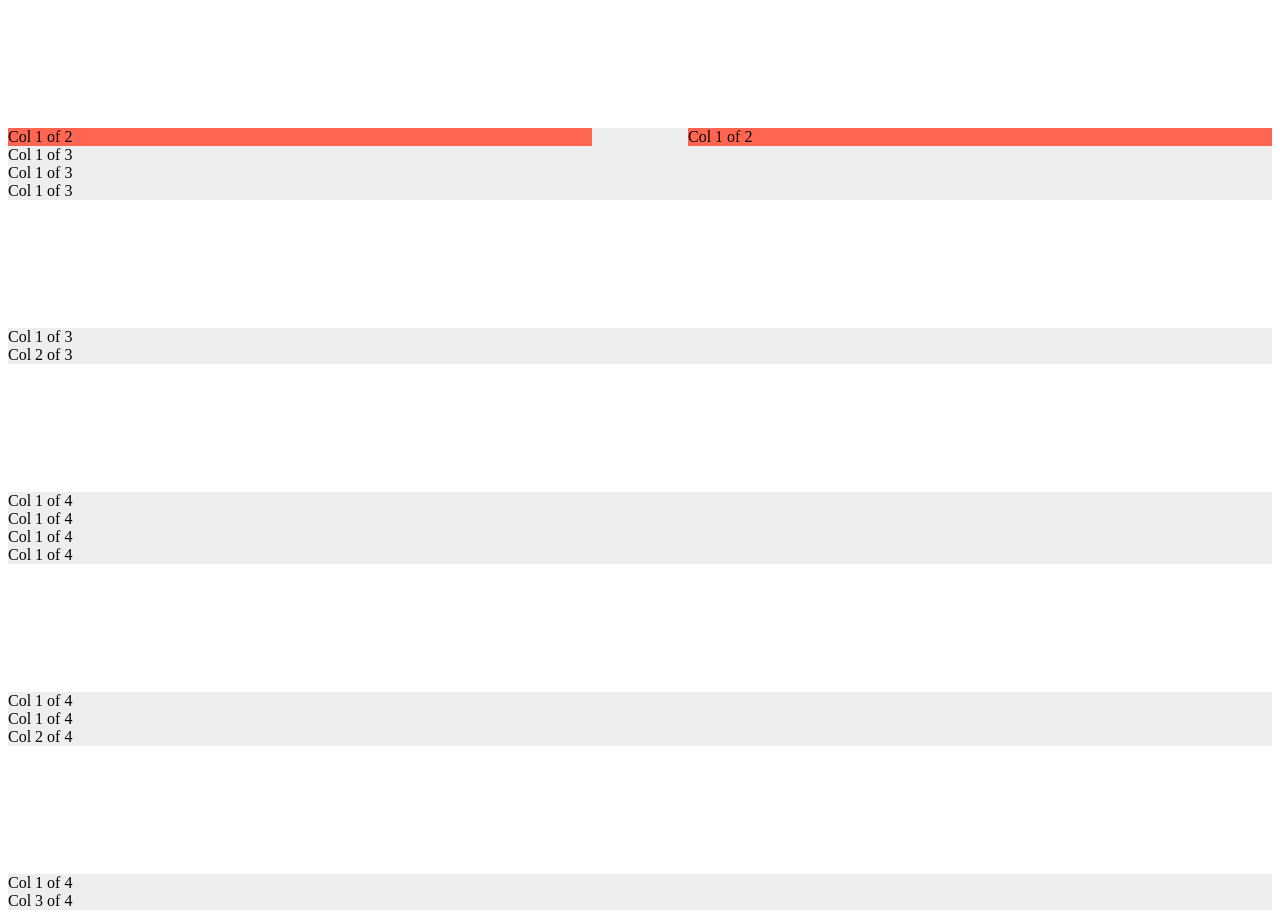
Repository: haokiet2501/grid-basic
Page: index.html
An editor plug-in stored every save of this project. The page is shown before and after a run of saves, followed by the edit.
The browser window is 1280 px wide. The pictures show the whole page.

Above is the page before, as saved 2022-08-11 18:43:53.

### index.html
<!DOCTYPE html>
<html lang="en">
<head>
    <meta charset="UTF-8">
    <meta http-equiv="X-UA-Compatible" content="IE=edge">
    <meta name="viewport" content="width=device-width, initial-scale=1.0">
    <link rel="stylesheet" href="styles.css">
    <title>GRID BASIC</title>
</head>
<body>
    <section class="grid-test">
        <div class="row">
            <div class="col-1-of-2">
                Col 1 of 2
            </div>
            <div class="col-1-of-2">
                Col 1 of 2
            </div>
        </div>

        <div class="row">
            <div class="col-1-of-3">
                Col 1 of 3
            </div>
            <div class="col-1-of-3">
                Col 1 of 3
            </div>
            <div class="col-1-of-3">
                Col 1 of 3
            </div>
        </div>

        <div class="row">
            <div class="col-1-of-3">
                Col 1 of 3
            </div>
            <div class="col-2-of-3">
                Col 2 of 3
            </div>
        </div>

        <div class="row">
            <div class="col-1-of-4">
                Col 1 of 4
            </div>
            <div class="col-1-of-4">
                Col 1 of 4
            </div>
            <div class="col-1-of-4">
                Col 1 of 4
            </div>
            <div class="col-1-of-4">
                Col 1 of 4
            </div>
        </div>

        <div class="row">
            <div class="col-1-of-4">
                Col 1 of 4
            </div>
            <div class="col-1-of-4">
                Col 1 of 4
            </div>
            <div class="col-2-of-4">
                Col 2 of 4
            </div>
        </div>

        <div class="row">
            <div class="col-1-of-4">
                Col 1 of 4
            </div>
            <div class="col-3-of-4">
                Col 3 of 4
            </div>
        </div>

    </section>
</body>
</html>

### styles.css
:root {
    --grid-width: 114rem;
    --gutter-vertical: 8rem;
    --gutter-horizonal: 6rem
}

.row {
    max-width: var(--grid-width);
    background: #eee;
    margin: 0 auto;
}

.row::after {

}

.row:not(:last-child) {
    margin-bottom: var(--gutter-vertical);
}

.col-1-of-2 {
    width: calc((100% - var(--gutter-horizonal)) / 2);
    background-color: #FF6651;
    float: left;
}

.col-1-of-2:not(:last-child) {
    margin-right: var(--gutter-horizonal);
}

After the next 2 saves:
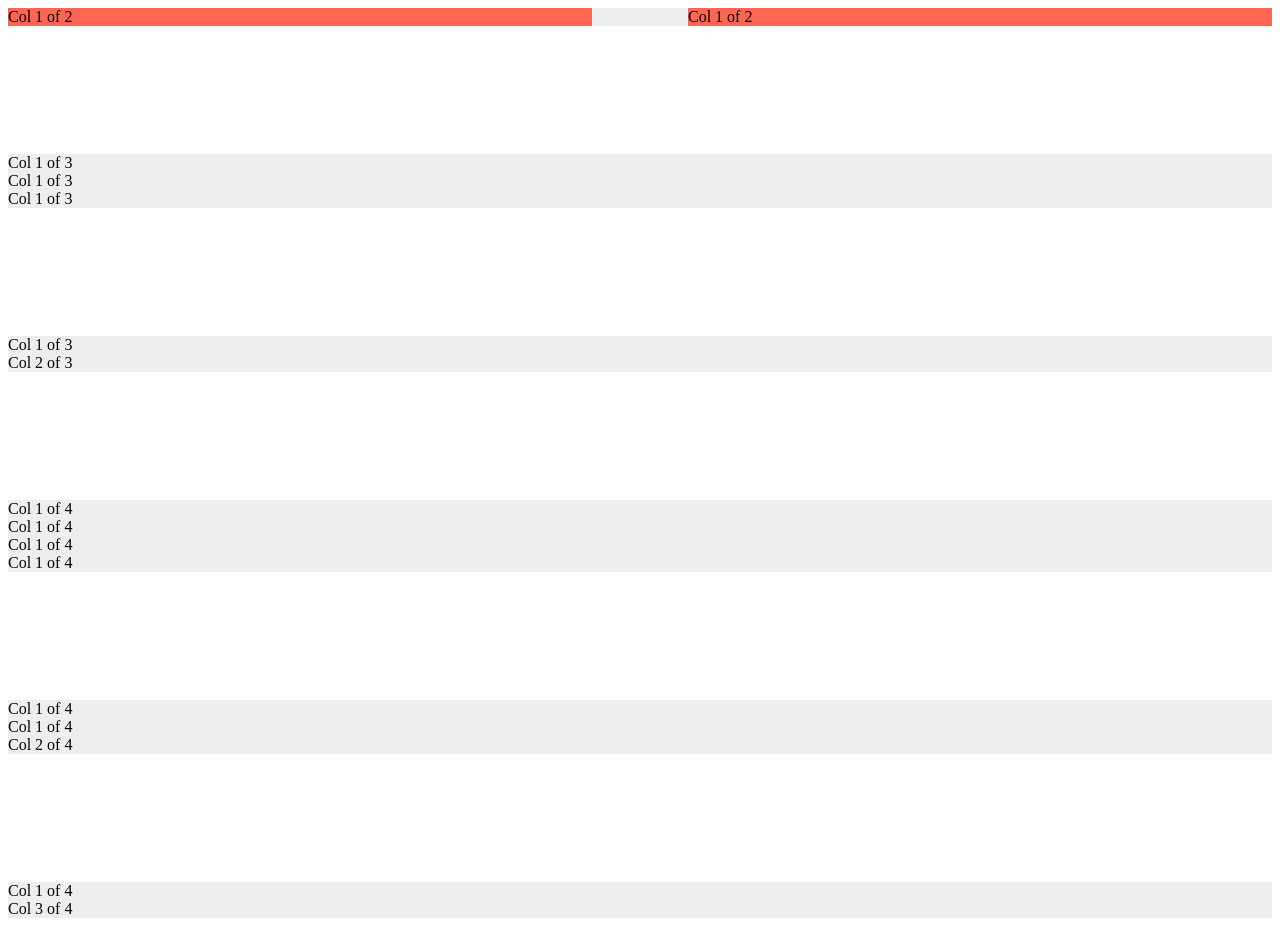
The 2 saves are shown as one change because they came seconds apart.
The last was saved 8 s later.
--- a/styles.css
+++ b/styles.css
@@ -11,7 +11,9 @@
 }
 
 .row::after {
-
+    content: "";
+    display: table;
+    clear: both;
 }
 
 .row:not(:last-child) {
